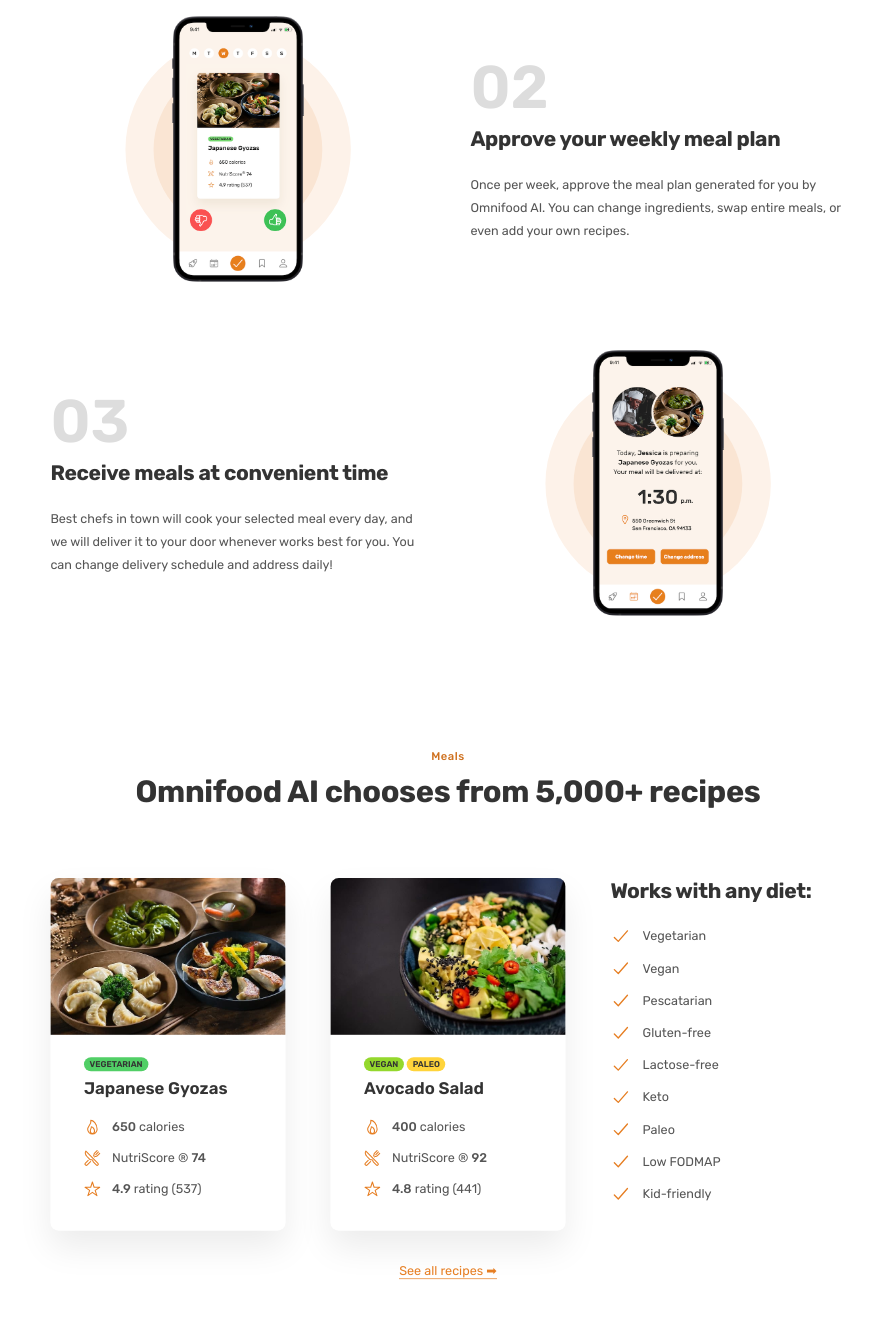
Repository: TranPhucThinh/Omnifood
Page: index.html
An editor plug-in stored every save of this project. The page is shown before and after the next save, followed by the edit.
The browser window is 1280 px wide. The pictures show the part of the page from y = 1676 to 3596 px (the page is 3596 px tall), at 70% of full size.
The pointer rests on the first visible `.meal`.

Above is the page before, as saved 2022-08-06 00:24:02.

### index.html
<!DOCTYPE html>
<html lang="en">

<head>
    <meta charset="UTF-8">
    <meta http-equiv="X-UA-Compatible" content="IE=edge">
    <meta name="viewport" content="width=device-width, initial-scale=1.0">

    <link rel="preconnect" href="https://fonts.googleapis.com">
    <link rel="preconnect" href="https://fonts.gstatic.com" crossorigin>
    <link href="https://fonts.googleapis.com/css2?family=Rubik:wght@300;400;500;600;700;800;900&display=swap"
        rel="stylesheet">

    <link rel="stylesheet" href="./assets/styles/general.css">
    <link rel="stylesheet" href="./assets/styles/style.css">

    <title>Omnifood</title>
</head>

<body>
    <!-- SECTION HEADER -->
    <div class="header">
        <a href="#">
            <img src="./assets/imgs/omnifood-logo.png" alt="Omnifood logo" class="header-logo">
        </a>
        <nav class="main-nav">
            <ul class="main-nav-list">
                <li>
                    <a href="#" class="main-nav-link">How it works</a>
                </li>
                <li>
                    <a href="#" class="main-nav-link">Meals</a>
                </li>
                <li>
                    <a href="#" class="main-nav-link">Testimonials</a>
                </li>
                <li>
                    <a href="#" class="main-nav-link">Pricing</a>
                </li>
                <li>
                    <a href="#" class="main-nav-link nav-btn">Try for free</a>
                </li>
            </ul>
        </nav>
    </div>
    <!-- End of SECTION HEADER -->

    <!-- SECTION HERO -->
    <section class="section-hero">
        <div class="hero">
            <div class="hero-text-box">
                <h1 class="heading-primary">A healthy meal delivered to your door, every single day</h1>
                <p class="hero-desc margin-bottom-md">The smart 365-days-per-year food subscription that will make you
                    eat healthy again.
                    Tailored to your personal tastes and nutritional needs.</p>
                <a href="#" class="btn btn--full margin-right-sm">Start eating well</a>
                <a href="#" class="btn btn--outline">Learn more ⬇</a>
                <div class="delivered-meals">
                    <div class="delivered-imgs">
                        <img src="./assets/imgs/customers/customer-1.jpg" alt="customer 1">
                        <img src="./assets/imgs/customers/customer-2.jpg" alt="customer 2">
                        <img src="./assets/imgs/customers/customer-3.jpg" alt="customer 3">
                        <img src="./assets/imgs/customers/customer-4.jpg" alt="customer 4">
                        <img src="./assets/imgs/customers/customer-5.jpg" alt="customer 5">
                        <img src="./assets/imgs/customers/customer-6.jpg" alt="customer 6">
                    </div>
                    <p class="delivered-text">
                        <span>250,000+</span> meals delivered last year!
                    </p>
                </div>
            </div>
            <div class="hero-img-box">
                <img src="./assets/imgs/hero.png"
                    alt="woman enjoy food, meals in storage container, and food bowls on a table" class="hero-img">
            </div>
        </div>
    </section>
    <!-- End of SECTION HERO -->

    <!-- SECTION FEATURED -->
    <section class="section-featured">
        <div class="container">
            <h2 class="heading-feature-in">As featured in</h2>
            <div class="logos">
                <img src="./assets/imgs/logos/techcrunch.png" alt="Techcrunch logo">
                <img src="./assets/imgs/logos/business-insider.png" alt="business insider logo">
                <img src="./assets/imgs/logos/the-new-york-times.png" alt="The new york time logo">
                <img src="./assets/imgs/logos/forbes.png" alt="Forbes logo">
                <img src="./assets/imgs/logos/usa-today.png" alt="Usa today logo">
            </div>
        </div>
    </section>
    <!-- End of SECTION FEATURED -->

    <!-- SECTION HOW IT WORKS -->
    <section class="section-how">
        <div class="container">
            <p class="subheading">HOW IT WORKS</p>
            <h2 class="heading-secondary">Your daily dose of health in 3 simple steps</h2>
        </div>
        <div class="container grid grid--2-cols grid--center-vertical">
            <!-- STEP 1 -->
            <div class="step-text-box">
                <div class="step-number">01</div>
                <h3 class="heading-tertiary">Tell us what you like (and what not)</h3>
                <p class="step-desc">Never again waste time thinking about what to eat! Omnifood AI will create a 100%
                    personalized weekly meal plan just for you. It makes sure you get all the nutrients and vitamins you
                    need, no matter what diet you follow!</p>
            </div>
            <div class="step-img-box">
                <img src="./assets/imgs/app/app-screen-1.png" alt="iPhone app preferences selection screen"
                    class="step-img">
            </div>

            <!-- STEP 2 -->
            <div class="step-img-box">
                <img src="./assets/imgs/app/app-screen-2.png" alt="iPhone app
                meal approving plan screen" class="step-img">
            </div>
            <div class="step-text-box">
                <div class="step-number">02</div>
                <h3 class="heading-tertiary">Approve your weekly meal plan</h3>
                <p class="step-desc">Once per week, approve the meal plan generated for you by Omnifood AI. You can
                    change ingredients, swap entire meals, or even add your own recipes.</p>
            </div>

            <!-- STEP 3 -->
            <div class="step-text-box">
                <div class="step-number">03</div>
                <h3 class="heading-tertiary">Receive meals at convenient time</h3>
                <p class="step-desc">Best chefs in town will cook your selected meal every day, and we will deliver it
                    to your door whenever works best for you. You can change delivery schedule and address daily!</p>
            </div>
            <div class="step-img-box">
                <img src="./assets/imgs/app/app-screen-3.png" alt="iPhone app
                delivery screen" class="step-img">
            </div>
        </div>
    </section>
    <!-- End of SECTION HOW IT WORKS -->

    <!-- SECTION MEALS -->
    <section class="section-meals">
        <div class="container center-text">
            <p class="subheading">Meals</p>
            <h2 class="heading-secondary">Omnifood AI chooses from 5,000+ recipes</h2>
        </div>
        <div class="container grid grid--3-cols margin-bottom-md">
            <div class="meal">
                <img src="./assets/imgs/meals/meal-1.jpg" alt="Japanese Gyozas" class="meal-img">
                <div class="meal-content">
                    <div class="meal-tag">
                        <p class="tag tag--vegetarian">vegetarian</p>
                    </div>
                    <p class="meal-title">Japanese Gyozas</p>
                    <ul class="meal-attributes">
                        <li class="meal-attribute">
                            <ion-icon class="meal-icon" name="flame-outline"></ion-icon>
                            <span><strong>650</strong> calories</span>
                        </li>
                        <li class="meal-attribute">
                            <ion-icon class="meal-icon" name="restaurant-outline"></ion-icon>
                            <span>NutriScore ® <strong>74</strong></span>
                        </li>
                        <li class="meal-attribute">
                            <ion-icon class="meal-icon" name="star-outline"></ion-icon>
                            <span><strong>4.9</strong> rating (537)</span>
                        </li>
                    </ul>
                </div>
            </div>
            <div class="meal">
                <img src="./assets/imgs/meals/meal-2.jpg" alt="Avocado Salad" class="meal-img">
                <div class="meal-content">
                    <div class="meal-tag">
                        <p class="tag tag--vegan">vegan</p>
                        <p class="tag tag---paleo">paleo</p>
                    </div>
                    <p class="meal-title">Avocado Salad</p>
                    <ul class="meal-attributes">
                        <li class="meal-attribute">
                            <ion-icon class="meal-icon" name="flame-outline"></ion-icon>
                            <span><strong>400</strong> calories</span>
                        </li>
                        <li class="meal-attribute">
                            <ion-icon class="meal-icon" name="restaurant-outline"></ion-icon>
                            <span>NutriScore ® <strong>92</strong></span>
                        </li>
                        <li class="meal-attribute">
                            <ion-icon class="meal-icon" name="star-outline"></ion-icon>
                            <span><strong>4.8</strong> rating (441)</span>
                        </li>
                    </ul>
                </div>
            </div>
            <div class="diet">
                <h3 class="heading-tertiary">Works with any diet:</h3>
                <ul class="list">
                    <li class="list-item">
                        <ion-icon class="list-icon" name="checkmark-outline"></ion-icon>
                        <span>Vegetarian</span>
                    </li>
                    <li class="list-item">
                        <ion-icon class="list-icon" name="checkmark-outline"></ion-icon>
                        <span>Vegan</span>
                    </li>
                    <li class="list-item">
                        <ion-icon class="list-icon" name="checkmark-outline"></ion-icon>
                        <span>Pescatarian</span>
                    </li>
                    <li class="list-item">
                        <ion-icon class="list-icon" name="checkmark-outline"></ion-icon>
                        <span>Gluten-free</span>
                    </li>
                    <li class="list-item">
                        <ion-icon class="list-icon" name="checkmark-outline"></ion-icon>
                        <span>Lactose-free</span>
                    </li>
                    <li class="list-item">
                        <ion-icon class="list-icon" name="checkmark-outline"></ion-icon>
                        <span>Keto</span>
                    </li>
                    <li class="list-item">
                        <ion-icon class="list-icon" name="checkmark-outline"></ion-icon>
                        <span>Paleo</span>
                    </li>
                    <li class="list-item">
                        <ion-icon class="list-icon" name="checkmark-outline"></ion-icon>
                        <span>Low FODMAP</span>
                    </li>
                    <li class="list-item">
                        <ion-icon class="list-icon" name="checkmark-outline"></ion-icon>
                        <span>Kid-friendly</span>
                    </li>
                </ul>
            </div>
        </div>
        <div class="container all-recipes center-text">
            <a href="#" class="link">See all recipes ➡</a>
        </div>
    </section>
    <!-- End of SECTION MEALS -->

    <script type="module" src="https://unpkg.com/ionicons@5.5.2/dist/ionicons/ionicons.esm.js"></script>
    <script nomodule src="https://unpkg.com/ionicons@5.5.2/dist/ionicons/ionicons.js"></script>
</body>

</html>

### assets/styles/general.css
* {
  margin: 0;
  padding: 0;
  box-sizing: border-box;
}

html {
  font-size: 62.5%;
}

body {
  font-family: 'Rubik', sans-serif;
  line-height: 1;
  font-weight: 400;
  color: #555;
}

/* GENERAL REUSABLE COMPONENTS */
.container {
  max-width: 120rem;
  padding: 0 3.2rem;
  margin: 0 auto;
}

.grid {
  display: grid;
  row-gap: 9.6rem;
  column-gap: 6.4rem;
}

.grid--2-cols {
  grid-template-columns: repeat(2, 1fr);
}

.grid--3-cols {
  grid-template-columns: repeat(3, 1fr);
}

.grid--4-cols {
  grid-template-columns: repeat(4, 1fr);
}

.grid--center-vertical {
  align-items: center;
}

.heading-primary,
.heading-secondary,
.heading-tertiary {
  letter-spacing: -0.5px;
  color: #333;
  font-weight: 700;
}

.heading-primary {
  line-height: 1.05;
  font-size: 5.2rem;
  margin-bottom: 3.2rem;
}

.heading-secondary {
  font-size: 4.4rem;
  line-height: 1.2;
  margin-bottom: 9.6rem;
}

.heading-tertiary {
  font-size: 3rem;
  line-height: 1.2;
  margin-bottom: 3.2rem;
}

.subheading {
  font-size: 1.6rem;
  color: #cf711f;
  margin-bottom: 1.6rem;
  font-weight: 500;
  letter-spacing: 0.75px;
}

.hero-text-box .btn:link,
.hero-text-box .btn:visited {
  text-decoration: none;
  font-size: 2rem;
  font-weight: 600;
  display: inline-block;
  border-radius: 8px;
  padding: 1.6rem 3.2rem;
  transition: all 0.3s;
}

.hero-text-box .btn--full:link,
.hero-text-box .btn--full:visited {
  color: #fff;
  background-color: #e67e22;
}

.hero-text-box .btn--full:hover,
.hero-text-box .btn--full:active {
  background-color: #cf711f;
}

.hero-text-box .btn--outline:link,
.hero-text-box .btn--outline:visited {
  color: #555;
  background-color: #fff;
  border: -4px solid #fff;
}

.hero-text-box .btn--outline:hover,
.hero-text-box .btn--outline:active {
  background-color: #fdf2e9;
}

.step-img-box::before,
.step-img-box::after {
  content: '';
  display: block;
  position: absolute;
  top: 50%;
  left: 50%;
  transform: translate(-50%, -50%);
  border-radius: 50%;
}

.center-text {
  text-align: center;
}

.margin-right-sm {
  margin-right: 1.6rem !important;
}

.margin-bottom-md {
  margin-bottom: 4.8rem !important;
}
/* END of GENERAL REUSABLE COMPONENTS */

### assets/styles/style.css
/* Section Header */
.header {
  display: flex;
  justify-content: space-between;
  height: 9.6rem;
  align-items: center;
  padding: 0 4.8rem;
  background-color: #fdf2e9;
}

.header-logo {
  height: 2.2rem;
}

.main-nav-list {
  display: flex;
  list-style-type: none;
  gap: 3.2rem;
}

.main-nav-link:link,
.main-nav-link:visited {
  text-decoration: none;
  font-size: 1.8rem;
  color: #333;
  font-weight: 500;
  transition: all 0.3s;
}

.main-nav-link:hover,
.main-nav-link:active {
  color: #cf711f;
}

.main-nav-link.nav-btn:link,
.main-nav-link.nav-btn:visited {
  padding: 1.2rem 2.4rem;
  border-radius: 9px;
  background-color: #e67e22;
  color: #fff;
}

.main-nav-link.nav-btn:hover,
.main-nav-link.nav-btn:active {
  color: #fff;
  background-color: #cf711f;
}
/* End of Section Header */

/* Section Hero */
.section-hero {
  background-color: #fdf2e9;
  padding: 4.8rem 0 9.6rem;
}

.hero {
  max-width: 130rem;
  margin: 0 auto;
  display: grid;
  grid-template-columns: 1fr 1fr;
  gap: 9.6rem;
  padding: 0 3.2rem;
  align-items: center;
}

.hero-text-box .hero-desc {
  font-size: 2rem;
  color: #555;
  line-height: 1.6;
  /* margin-bottom: 4.8rem; */
}

.hero-img-box .hero-img {
  width: 100%;
}

.delivered-meals {
  margin-top: 8rem;
  display: flex;
  align-items: center;
  gap: 1.6rem;
}

.delivered-imgs {
  display: flex;
}

.delivered-imgs img {
  width: 4.8rem;
  height: 4.8rem;
  border-radius: 50%;
  border: 3px solid #fff;
  margin-right: -1.6rem;
}

.delivered-imgs img:last-child {
  margin-right: 0;
}

.delivered-text {
  font-size: 1.8rem;
  font-weight: 600;
}

.delivered-text span {
  font-weight: 700;
  color: #cf711f;
}
/* End of Section Hero */

/* Section featured */
.section-featured {
  padding: 4.8rem 0 3.2rem;
}
.logos {
  display: flex;
  justify-content: space-around;
}

.heading-feature-in {
  font-size: 1.4rem;
  text-transform: uppercase;
  letter-spacing: 0.75px;
  font-weight: 500;
  color: #888;
  text-align: center;
  margin-bottom: 2.4rem;
}

.section-featured img {
  height: 3.2rem;
  filter: brightness(0%);
  opacity: 0.5;
}
/* End of Section featured */

/* Section how it works */
.section-how {
  padding: 9.6rem 0;
}
.step-number {
  font-size: 8.6rem;
  color: #ddd;
  font-weight: 600;
  margin-bottom: 1.2rem;
}

.step-desc {
  font-size: 1.8rem;
  color: #555;
  line-height: 1.8;
}

.step-img-box {
  text-align: center;
  position: relative;
}

.step-img-box::before {
  width: 60%;
  padding-bottom: 60%;

  background-color: #fdf2e9;
  z-index: -2;
}

.step-img-box::after {
  width: 45%;
  padding-bottom: 45%;
  background-color: #fae5d3;
  z-index: -1;
}

.step-img {
  width: 35%;
}
/* End of Section how it works */

/* Section meals */
.section-meals {
  padding: 9.6rem 0;
}
.meal {
  border-radius: 12px;
  overflow: hidden;
  box-shadow: 0 2.4rem 4.8rem rgb(0 0 0 / 8%);
}

.meal-img {
  width: 100%;
  display: block;
}

.meal-content {
  padding: 3.2rem 4.8rem 4.8rem;
}

.meal-tag {
  margin-bottom: 1.2rem;
}

.tag {
  display: inline-block;
  font-size: 1.2rem;
  text-transform: uppercase;
  color: #333;
  font-weight: 600;
  padding: 4px 8px;
  border-radius: 12px;
}

.tag--vegetarian {
  background-color: #51cf66;
}

.tag--vegan {
  background-color: #94d82d;
  margin-right: 2px;
}

.tag---paleo {
  background-color: #ffd43b;
}

.meal-title {
  font-size: 2.4rem;
  color: #333;
  font-weight: 600;
  margin-bottom: 3.2rem;
}

.meal-attributes {
  list-style-type: none;
  display: flex;
  flex-direction: column;
  justify-content: space-between;
  gap: 2rem;
}

.meal-attribute {
  font-size: 1.8rem;
  display: flex;
  gap: 1.6rem;
  align-items: center;
}

.meal-attribute strong {
  font-weight: 500;
}

.meal-attribute .meal-icon {
  width: 2.4rem;
  height: 2.4rem;
  color: #e67e22;
}

.list {
  list-style-type: none;
  display: flex;
  flex-direction: column;
  gap: 1.6rem;
}

.list-item {
  display: flex;
  gap: 1.6rem;
  align-items: center;
  font-size: 1.8rem;
}

.list-icon {
  width: 3rem;
  height: 3rem;
  color: #e67e22;
}

.link:link,
.link:visited {
  font-size: 1.8rem;
  border-bottom: 1px solid #e67e22;
  color: #e67e22;
  text-decoration: none;
  transition: all 0.3s;
}

.link:hover,
.link:active {
  color: #cf711f;
  border-bottom: 1px solid transparent;
}
/* End of Section meals */

After the next save:
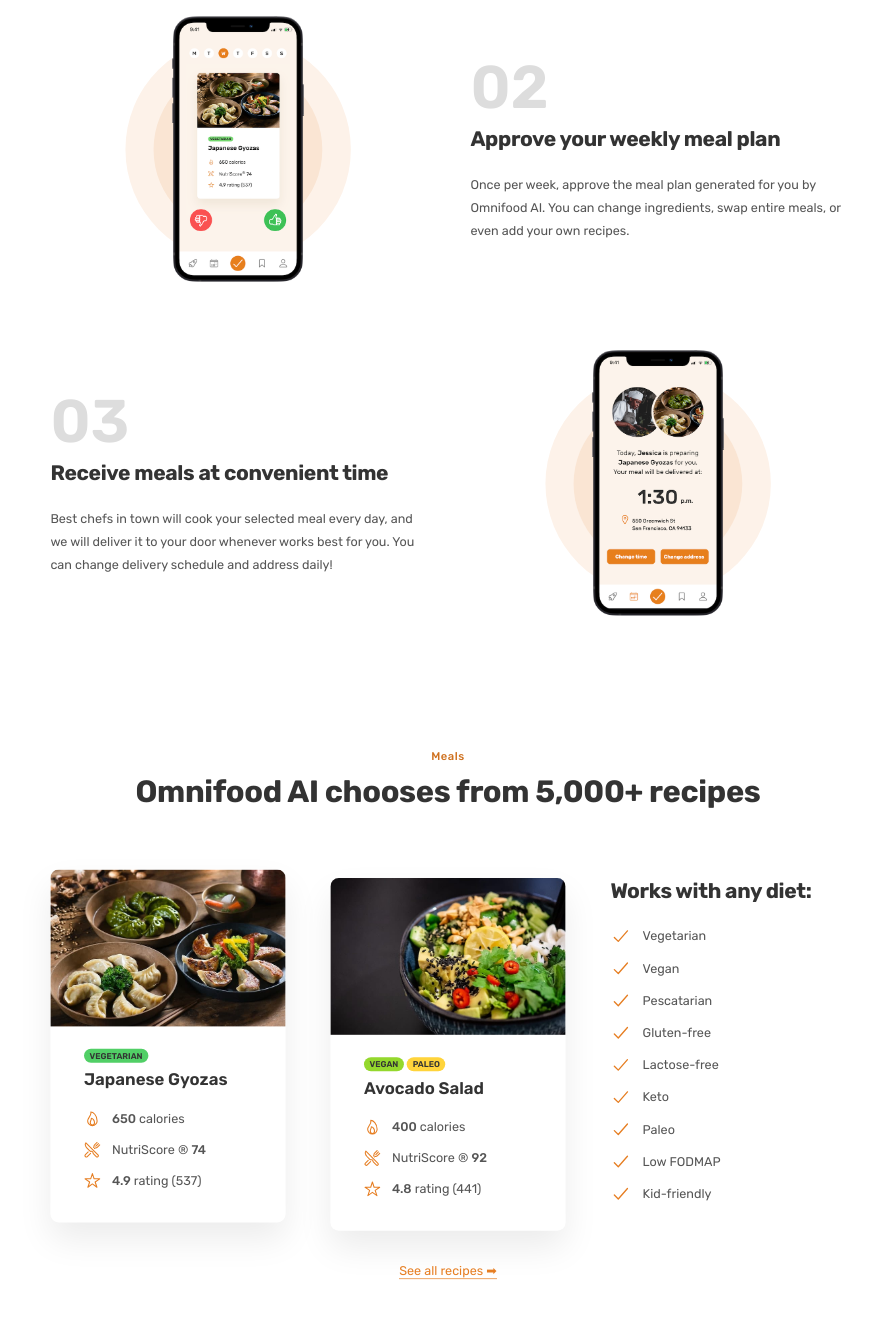
Saved 3 min 8 s later.
--- a/assets/styles/style.css
+++ b/assets/styles/style.css
@@ -186,6 +186,10 @@
   box-shadow: 0 2.4rem 4.8rem rgb(0 0 0 / 8%);
 }
 
+.meal:hover {
+  transform: translateY(-1.2rem);
+}
+
 .meal-img {
   width: 100%;
   display: block;
